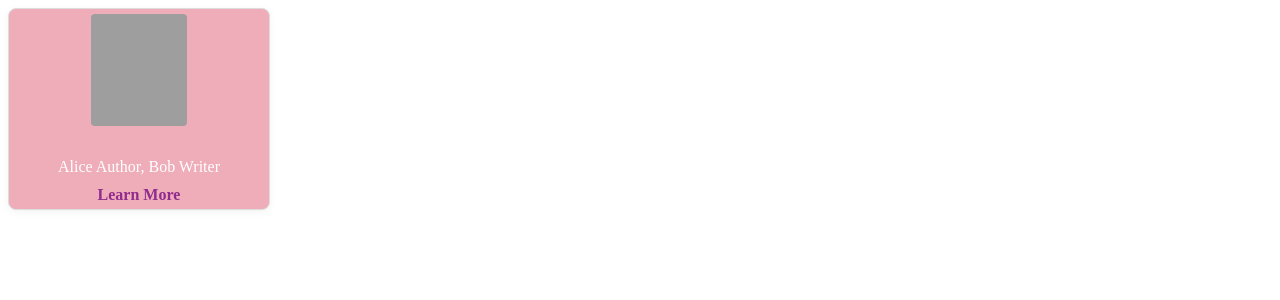
Repository: Micaelavalmores/BookCatalog
Page: /
An editor plug-in stored every save of this project. The page is shown before and after the next save, followed by the edit.
The browser window is 1280 px wide. The pictures show the whole page.
Pictures or frames that could not be fetched are drawn as grey boxes. The project was rebuilt for these pictures with package versions that can differ from the ones it lists, and the page was loaded fresh each time. Also part of the build but not shown: vite.config.js, src/index.css.

Above is the page before, as saved 2025-09-16 22:53:00.

### index.html
<!doctype html>
<html lang="en">
  <head>
    <meta charset="UTF-8" />
    <meta name="viewport" content="width=device-width, initial-scale=1.0" />
    <title>Book Catalog</title>
  </head>
  <body>
    <div id="root"></div>
    <script type="module" src="/src/main.jsx"></script>
  </body>
</html>

### src/main.jsx
import React from 'react';
import { createRoot } from 'react-dom/client';
import './index.css';
import Book from './assets/book.jsx';

const root = createRoot(document.getElementById("root"));

root.render(
  <React.StrictMode>
    <Book
      image="https://img.freepik.com/free-vector/stack-colorful-books_1308-171744.jpg?semt=ais_incoming&w=740&q=80"
      authors="Alice Author, Bob Writer"
      link="https://example.com/book-info"
    />
  </React.StrictMode>
);

### src/assets/book.jsx

import React from "react";
import "./book.css";

const book = ({ image, title, authors, link }) => (
  <div className="book-container">
    <img className="book-image" src={image} alt={title} />
    <div className="book-info">
      <h2 className="book-title">{title}</h2>
      <p className="book-authors">{authors}</p>
      <a className="book-link" href={link} target="_blank" rel="noopener noreferrer">
        Learn More
      </a>
    </div>
  </div>
);

export default book;

### src/assets/book.css
.book-container {
    max-width: 15em;
    border: 1px solid #ddd;
    border-radius: 8px;
    padding: 5px 10px;
    display: flex;
    flex-direction: column;
    align-items: center;
    background: #fff;
    box-shadow: 0 2px 8px rgba(0,0,0,0.05);
    background: rgb(238, 173, 184);
  }

  .book-image {
    width: 6em;
    height: 7em;
    object-fit: cover;
    margin-bottom: 12px;
    border-radius: 4px;
  }

  .book-info {
    width: 100%;
    text-align: center;
  }


  .book-authors {
    color: #ffffff;
    margin-bottom: 10px;
  }

  .book-link {
    display: inline-block;
    color: #902c8e;
    text-decoration: none;
    font-weight: bold;
    transition: color 0.2s;
  }

  .book-link:hover {
    color: #0056b3;
  }

After the next save:
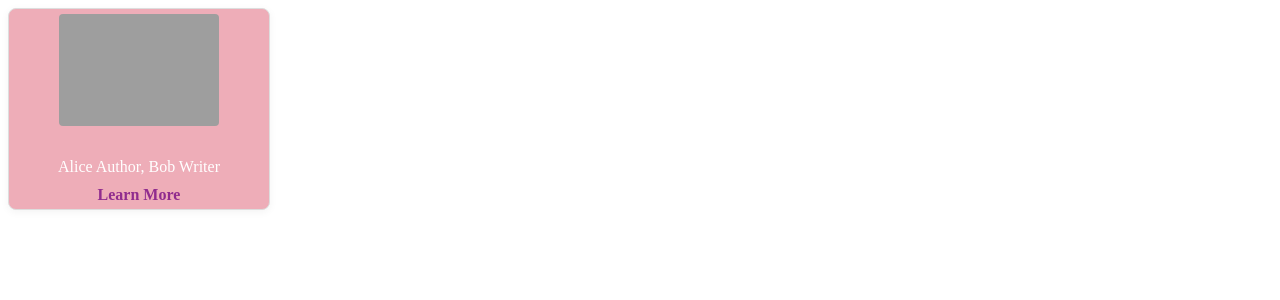
Saved 9 s later.
--- a/src/assets/book.css
+++ b/src/assets/book.css
@@ -12,7 +12,7 @@
   }
 
   .book-image {
-    width: 6em;
+    width: 10em;
     height: 7em;
     object-fit: cover;
     margin-bottom: 12px;
